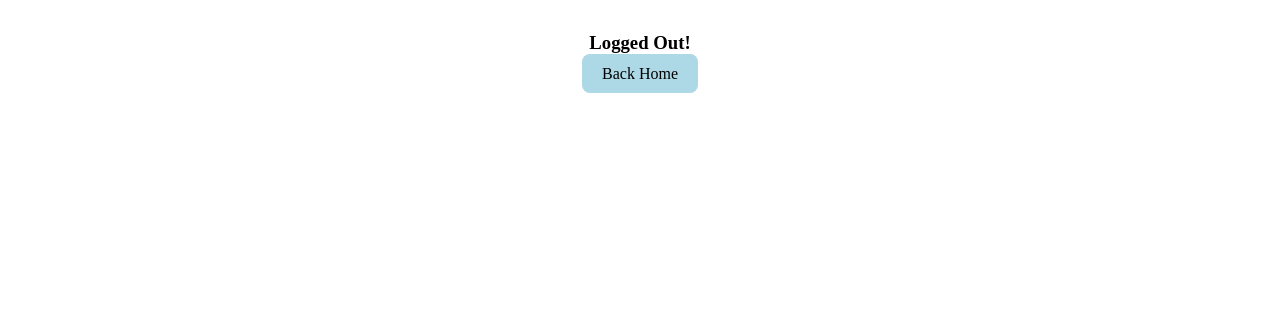
Repository: Andres513/CapStone
Page: /logout
An editor plug-in stored every save of this project. The page is shown before and after the next save, followed by the edit.
The browser window is 1280 px wide. The pictures show the whole page.
The project was rebuilt for these pictures with package versions that can differ from the ones it lists, and the page was loaded fresh each time. Also part of the build but not shown: vite.config.js, src/components/Login.jsx, src/components/Categories.jsx, src/components/Cart.jsx, src/components/FetchProducts.jsx, src/components/SingleProduct.jsx, src/components/ProductsByCategory.jsx, src/components/Checkout.jsx.

Above is the page before, as saved 2024-04-11 11:03:19.

### index.html
<!doctype html>
<html lang="en">
  <head>
    <meta charset="UTF-8" />
    <link rel="icon" type="image/svg+xml" href="/vite.svg" />
    <meta name="viewport" content="width=device-width, initial-scale=1.0" />
    <title>Fake Store!</title>
  </head>
  <body>
    <div id="root"></div>
    <script type="module" src="/src/main.jsx"></script>
  </body>
</html>

### src/App.jsx
import { useState } from 'react'
import FetchProducts from './components/FetchProducts'
import './App.css'
import { Routes, Route } from 'react-router-dom'
import Login from './components/Login'
import SingleProduct from './components/SingleProduct'
import ProductsByCategories from './components/ProductsByCategory'
import Cart from './components/Cart'
import { CartProvider } from './components/CartContext'
import LogOut from './components/LoggedOut'
import Checkout from './components/Checkout'

function App() {
  const [token, setToken] = useState(null)
  const [products, setProducts] = useState([])
  const [price, setPrice] = useState('')
  const [email, setEmail] = useState('')
  const [password, setPassword] = useState('')
  const [isLoggedIn, setIsLoggedIn] = useState(false)
  const [loggedOut, setLoggedOut] = useState(false)

  const handleSetToken = (newToken) => {
    setToken(newToken)
    setIsLoggedIn(true)
  }
  const handleSetProducts = (newProducts) => {
    setProducts(newProducts)
  }
  const handleSetPrice = (newPrice) => {
    setPrice(newPrice)
  }
  const handleLogout = () => {
    setToken(null)
    setIsLoggedIn(false)
    setLoggedOut(true)
  }
  return (

    <CartProvider isLoggedIn={isLoggedIn}>
      <>
        <Routes>
          <Route path="/login" element={<Login token={token} setToken={handleSetToken} email={email} setEmail={setEmail} password={password} setPassword={setPassword} isLoggedIn={isLoggedIn} setIsLoggedIn={setIsLoggedIn} handleLogout={handleLogout} />} />
          <Route path="/" element={<FetchProducts token={token} setToken={handleSetToken} products={products} setProducts={handleSetProducts} price={price} setPrice={handleSetPrice} isLoggedIn={isLoggedIn} handleLogout={handleLogout} loggedOut={loggedOut} setLoggedOut={setLoggedOut} />} />
          <Route path="/products/:id" element={<SingleProduct token={token} isLoggedIn={isLoggedIn} />} />
          <Route path="/category/:category" element={<ProductsByCategories products={products} setProduct={handleSetProducts} />} />
          <Route path="/cart" element={<Cart isLoggedIn={isLoggedIn} />} />
          <Route path="/logout" element={<LogOut />} />
          <Route path="/checkout" element={<Checkout/>}/>
        </Routes>
      </>
    </CartProvider>
  )
}

export default App

### src/index.css

* {
  margin: 0;
  padding: 0;
  box-sizing: border-box;
}
h1 {
  font-size: 3.2em;
  line-height: 1.1;
  padding-top: 50px;
  padding-bottom: 100px;
}

img {
  width: 70%;
  height: 70%;
}
.single-product > img {
  height: 60%;
  width: 60%;
  padding-top: 50px;
  padding-bottom: 50px;
}
.items-container {
  display: grid;
  grid-template-columns: repeat(auto-fill, minmax(330px, 1fr));
  grid-gap: 75px;
  padding-top: 50px;
}
.item {
  background-color: aliceblue;
  box-shadow: 5px 5px lightblue;
  transition: all .2s ease-in-out;
}
.item:hover {
  transform: scale(1.1);
}
.category-buttons {
  padding-bottom: 50px;
}
.category-container {
  display: grid;
  grid-template-columns: repeat(auto-fill, minmax(330px, 1fr));
  grid-gap: 100px;
  padding-top: 50px;

}
.category-item {
  transition: all .2s ease-in-out;
  background-color: aliceblue;
  box-shadow: 5px 5px lightblue;
}
.category-item:hover {
  transform: scale(1.1);
}
button {
  border-radius: 8px;
  border: 1px solid transparent;
  padding: 0.6em 1.2em;
  font-size: 1em;
  font-weight: 500;
  font-family: inherit;
  background-color: lightblue;
  cursor: pointer;
  transition: border-color 0.25s;
}
.navbar {
  float: right
}

### src/components/CartContext.jsx


import { createContext, useContext, useState, useEffect } from "react";

const CartContext = createContext()

export const useCart = () => useContext(CartContext)

export const CartProvider = ({ children }) => {
    const [cart, setCart] = useState(() => {
        const storedCart = localStorage.getItem('cart');
        return storedCart ? JSON.parse(storedCart) : [];
    });

    useEffect(() => {
        localStorage.setItem('cart', JSON.stringify(cart));
    }, [cart]);

    return (
        <CartContext.Provider value={{ cart, setCart }}>
            {children}
        </CartContext.Provider>
    )
}

### src/components/LoggedOut.jsx
import { Link } from "react-router-dom"

export default function LogOut() {

    return (
        <>
            <div className="logged-out-container">
                <h3>Logged Out!</h3>
                <Link to="/"><button>Back Home</button></Link>
            </div>
        </>
    )
}

Loaded but not shown: src/main.jsx (common file); src/App.css (common file)

After the next save:
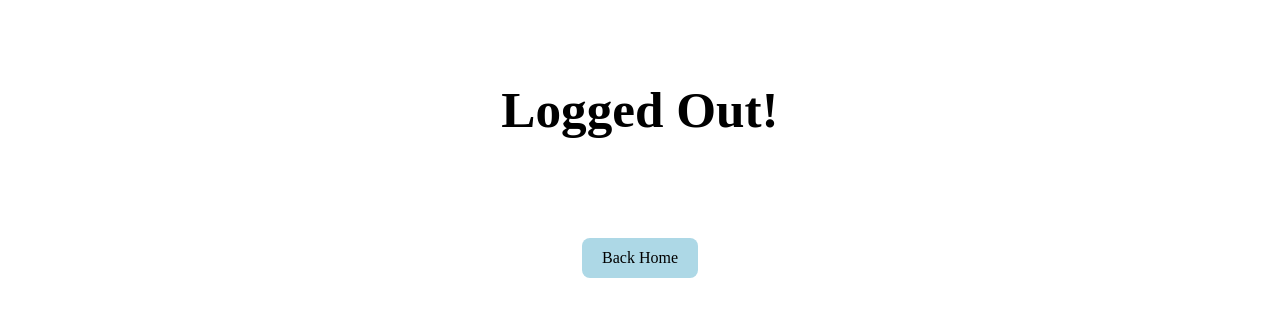
Saved 9 s later.
--- a/src/components/LoggedOut.jsx
+++ b/src/components/LoggedOut.jsx
@@ -5,7 +5,7 @@ export default function LogOut() {
     return (
         <>
             <div className="logged-out-container">
-                <h3>Logged Out!</h3>
+                <h1>Logged Out!</h1>
                 <Link to="/"><button>Back Home</button></Link>
             </div>
         </>
